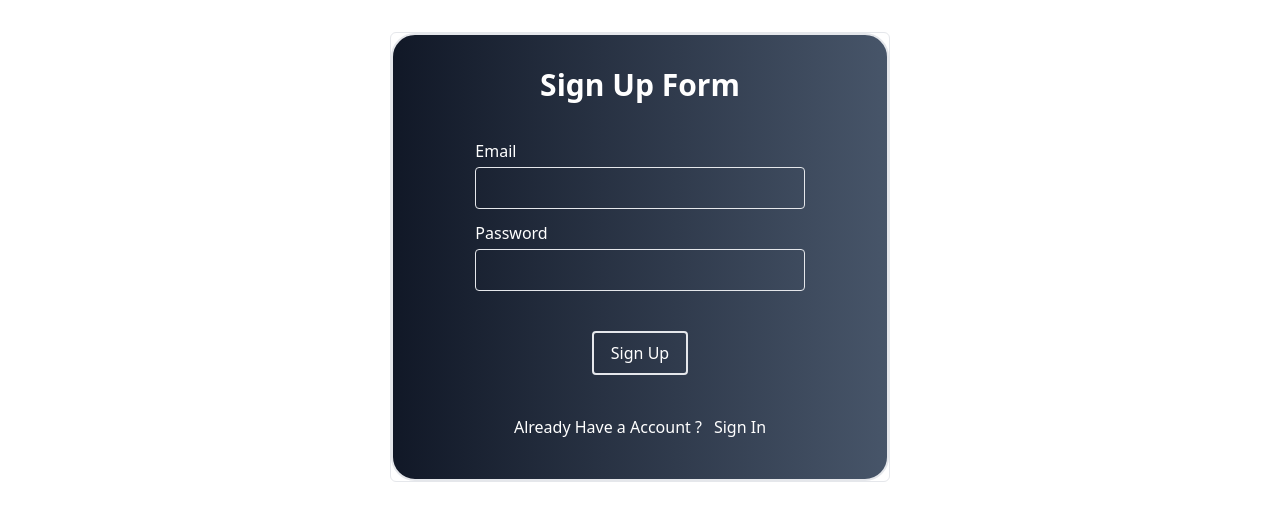
Repository: OmkarTidke8080/Assessment
Page: /sign-in (app in frontend/)
An editor plug-in stored every save of this project. The page is shown before and after the next save, followed by the edit.
The browser window is 1280 px wide. The pictures show the whole page.
The project was rebuilt for these pictures with package versions that can differ from the ones it lists, and the page was loaded fresh each time. Also part of the build but not shown: frontend/vite.config.js, frontend/src/components/HomePage.jsx, frontend/src/components/SignUp.jsx.

Above is the page before, as saved 2024-10-19 22:19:25.

After the next save:
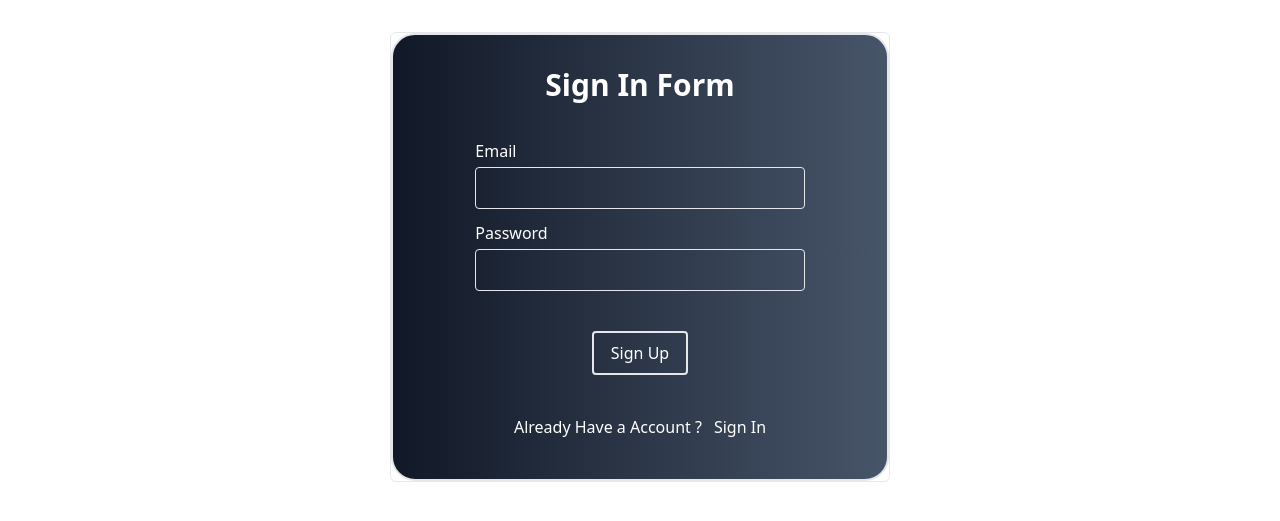
Saved 14 s later.
--- a/frontend/src/components/SignIn.jsx
+++ b/frontend/src/components/SignIn.jsx
@@ -8,7 +8,7 @@ function SignIn() {
           <div className="form border-2 rounded-3xl text-white w-full bg-gradient-to-r from-gray-900 to-slate-600 ">
             <div className="form-heading text-center mt-8 mb-6">
               <h1 className="text-3xl font-bold text-white mb-2">
-                Sign Up Form
+                Sign In Form
               </h1>
             </div>
             <form>
